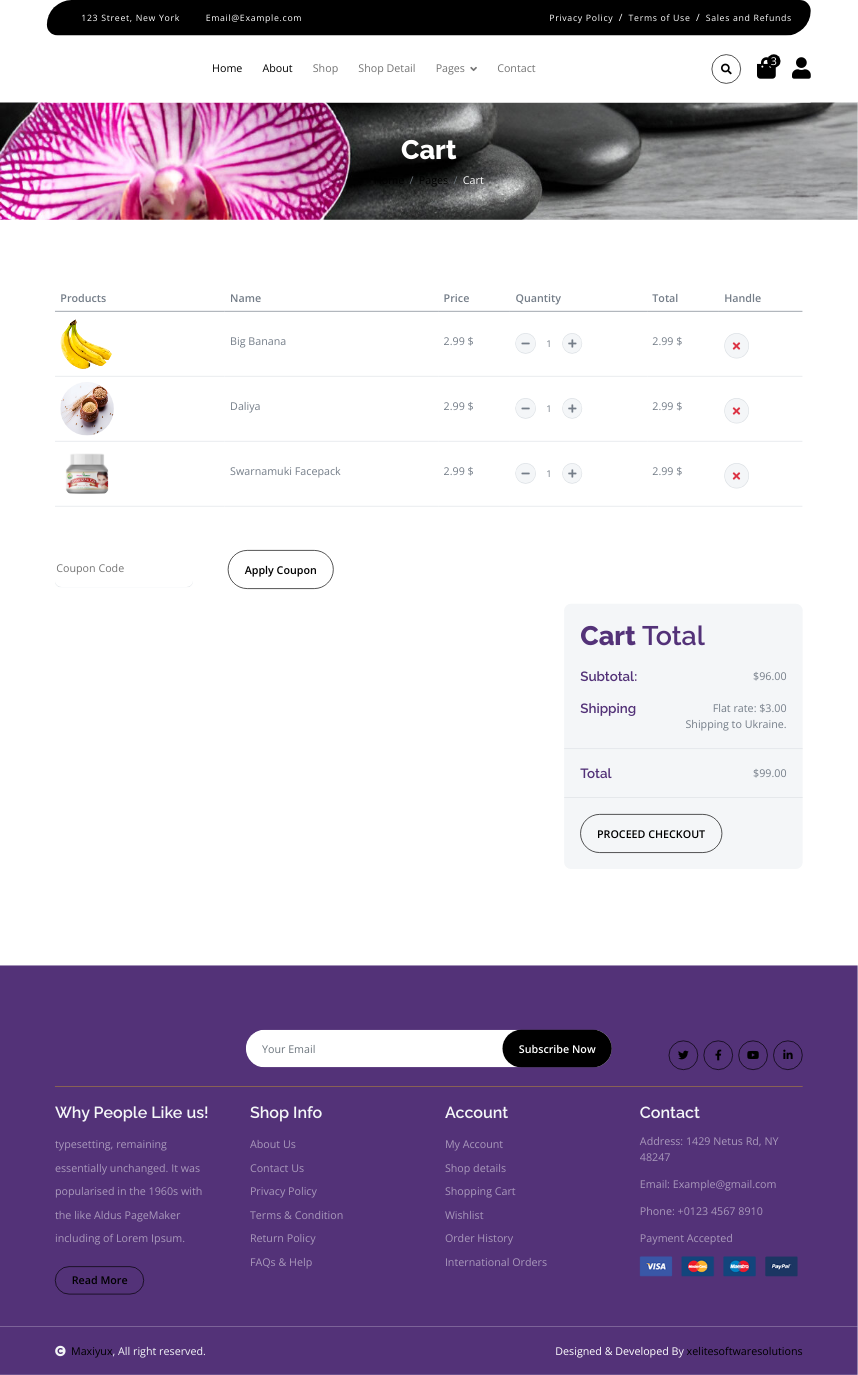
Repository: ChristhurasaRoshan/Maxiyux-New
Page: cart.html
These files come from the project's save history. The page is drawn as it stood at one moment and after a run of saves; the edit follows.
The browser window is 1280 px wide. The pictures show the whole page, at 67% of full size.
Some web libraries are served in a nearby version.

Above is the page before, as saved 2024-10-08 20:54:52.

After the next 2 saves:
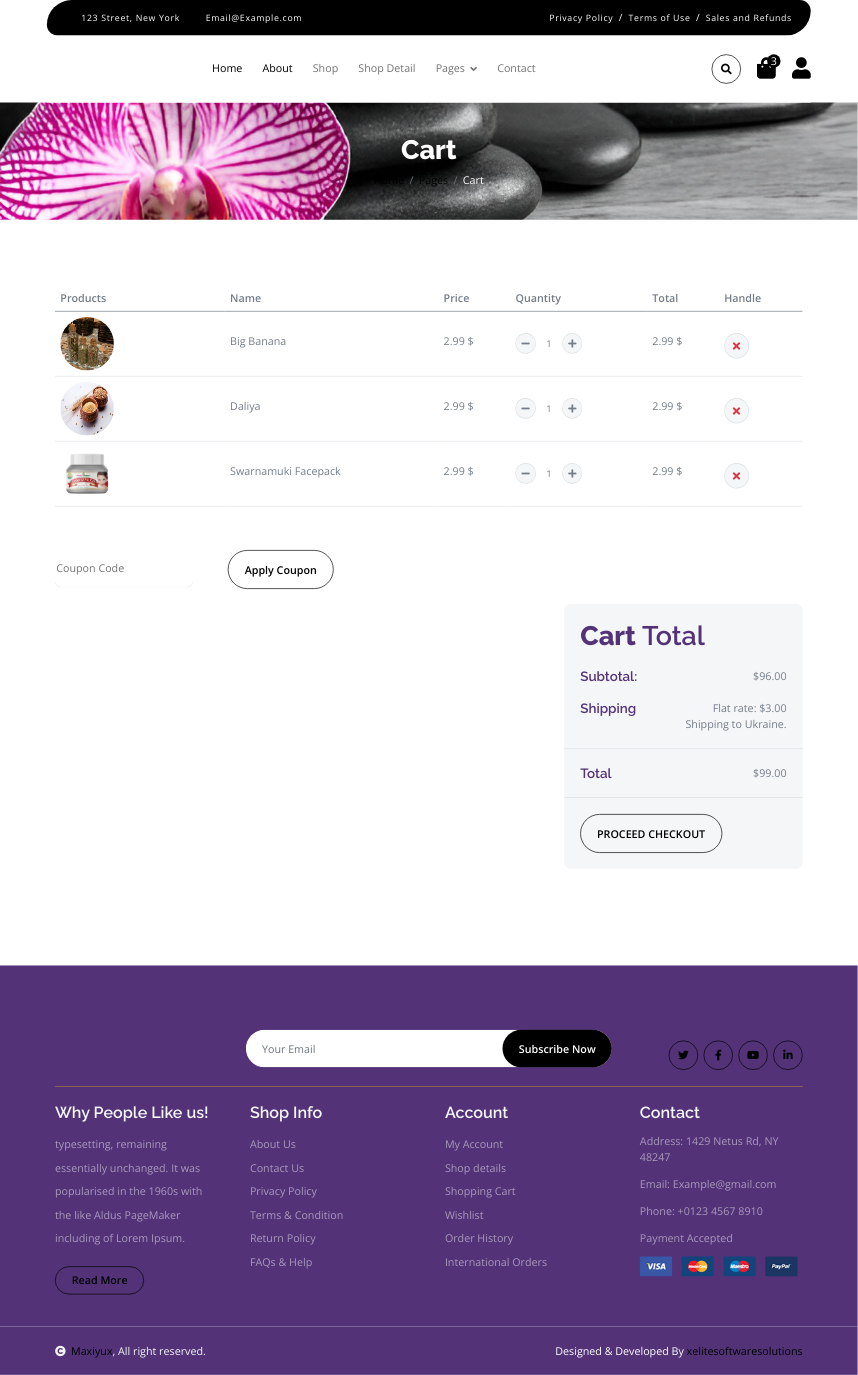
The 2 saves are shown as one change because they came seconds apart.
The last was saved 9 s later.
--- a/cart.html
+++ b/cart.html
@@ -144,7 +144,7 @@
                             <tr>
                                 <th scope="row">
                                     <div class="d-flex align-items-center">
-                                        <img src="img/vegetable-item-3.png" class="img-fluid me-5 rounded-circle" style="width: 80px; height: 80px;" alt="">
+                                        <img src="img/ayurvehic-products/accessory/herbaljar.webp" class="img-fluid me-5 rounded-circle" style="width: 80px; height: 80px;" alt="">
                                     </div>
                                 </th>
                                 <td>
